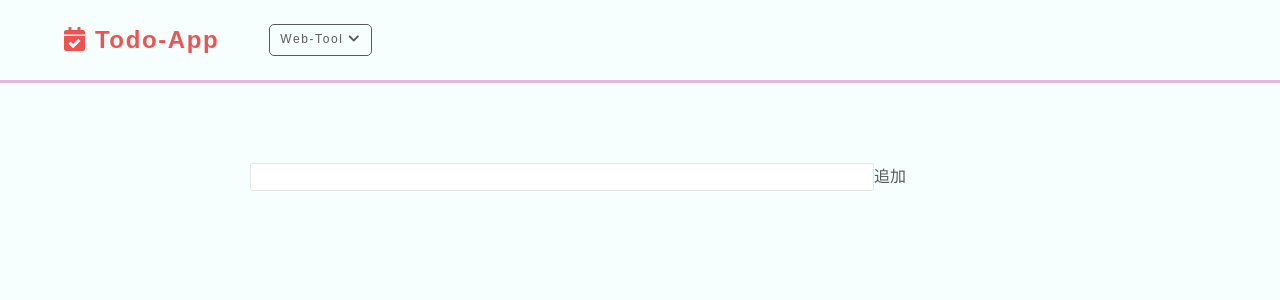
Repository: Hiroshii-m/todo_vue
Page: index.html
An editor plug-in stored every save of this project. The page is shown before and after the next save, followed by the edit.
The browser window is 1280 px wide. The pictures show the whole page.
The style sheet was rebuilt from its Sass, Less or Tailwind sources for each picture, by a compiler version that may differ from the author's.

Above is the page before, as saved 2021-06-26 18:02:12.

### index.html
<!DOCTYPE html>
<html lang="en">
<head>
    <meta charset="UTF-8">
    <meta http-equiv="X-UA-Compatible" content="IE=edge">
    <meta name="viewport" content="width=device-width, initial-scale=1.0">
    <link rel="stylesheet" href="node_modules/@fortawesome/fontawesome-free/css/all.css">
    <link rel="stylesheet" href="dist/css/style.css">
    <title>TODO APP Vue</title>
</head>
<body class="u-bgColor-base">

    <!-- header -->
    <header id="l-header" class="u-border-bottom">
        <div class="c-header">
            <h2 class="c-header__home">
                <i class="fas fa-calendar-check"></i>
                <a class="c-header__text" href="">Todo-App</a>
            </h2>
            <h3 class="c-header__other">
                Web-Tool
                <i class="fas fa-chevron-down"></i>
            </h3>
        </div>
    </header><!-- /header -->

    <!-- main -->
    <section id="l-main">
        <div class="c-main">
            <div id="l-addTask">
                <div class="c-addTask">
                    <input type="text" class="c-addTask__input">
                    <button class="c-addTask__add">追加</button>
                </div>
            </div>
            <div id="l-search"></div>
            <div id="l-list"></div>
        </div>
    </section>
    <!-- /main -->

</body>
</html>

### src/scss/style.scss

// ======================================
// foundation
// ======================================
@use 'foundation/reset';
@use 'foundation/variables';
@use 'foundation/base';
// ======================================
// layout
// ======================================
#l-header {
    width: 100%;
}
#l-main {
    padding: 80px;
}
// ======================================
// object
// ======================================
// Component
// **************************************
.c-header {
    width: 90%;
    height: 80px;
    margin: 0 auto;
    display: flex;
    align-items: center;
    &__home {
        margin-right: 50px;
        font-weight: bold;
        color: var(--color_red);
        font-size: var(--font-size_xl);
    }
    &__other {
        font-size: var(--font-size_s);
        padding: var(--space_s) var(--space_m);
        border: 1px solid var(--font-color_default);
        border-radius: 5px;
        cursor: pointer;
    }
}
.c-main {
    width: var(--site-width_xxl);
    margin: 0 auto;
}
.c-addTask {
    display: flex;
    &__input {
        width: 80%;
        border: 1px solid var(--border-color_default);
        border-radius: 2px;
    }
}
// Project
// **************************************
// Utility
// **************************************
.u-border {
    &-bottom {
        border-bottom: 3px solid var(--color_accent);
    }
}
.u-bgColor {
    &-base {
        background: var(--color_base);
    }
}

### src/scss/foundation/_variables.scss
:root {
    --font-color_default: #5A5A5A;
    --color_base: #F7FFFE;
    --color_accent: #E3B6E5;
    --color_edit: #C8E4F4;
    --color_complete: #C8E4F4;
    --color_red: #F05252;
    --color_blue: #25A1EF;
    --border-color_default: #E6E6E6;


    --site-width_xxl: 780px;
    --site-width_xl: 680px;
    --site-width_md: 580px;
    --site-width_ms: 414px;

    --font-size_s: 12px;
    --font-size_m: 14px;
    --font-size_default: 16px;
    --font-size_l: 18px;
    --font-size_xl: 24px;
    --font-size_xxl: 28px;
    --font-size_3l: 38px;


    --space_s: 5px;
    --space_m: 10px;
    --space_l: 15px;
    --space_xl: 20px;
    --space_xxl: 30px;
    --space_3l: 40px;

    --font-family_default: "メイリオ", sans-serif;
}

### src/scss/foundation/_base.scss
html, body {
    width: 100%;
    color: var(--font-color_default);
    line-height: 1.6;
    font-family: var(--font-family_default);
    letter-spacing: 0.1em;
}

p, a {
    -webkit-font-smoothing: antialiased;
}

img {
    width: 100%;
    height: 100%;
    vertical-align: bottom;
    object-fit: cover;
}

input {
    display: block;
    width: 100%;
    background: #fff;
}

textarea {
    resize: vertical;
    height: 30px;
}

::placeholder {
    color: #ccc;
}

iframe {
    width: 100%;
}

i {
    cursor: pointer;
}

Loaded but not shown: node_modules/@fortawesome/fontawesome-free/css/all.css (library); src/scss/foundation/_reset.scss (common file)

After the next save:
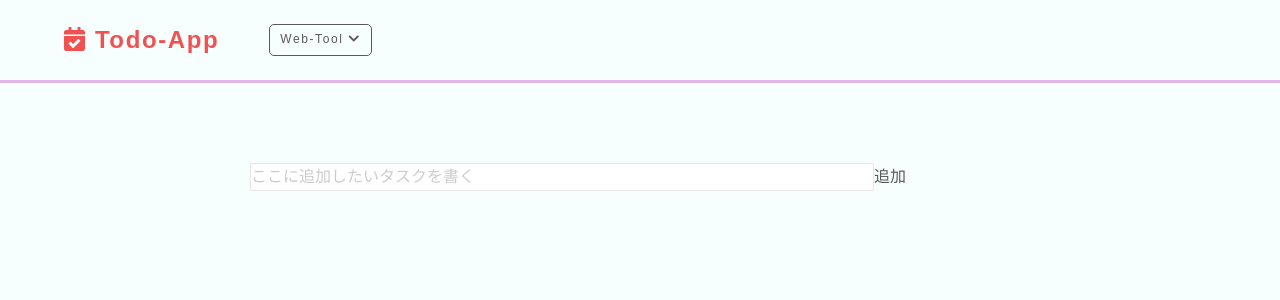
Saved 48 s later.
--- a/index.html
+++ b/index.html
@@ -29,7 +29,7 @@
         <div class="c-main">
             <div id="l-addTask">
                 <div class="c-addTask">
-                    <input type="text" class="c-addTask__input">
+                    <input type="text" class="c-addTask__input" placeholder="ここに追加したいタスクを書く">
                     <button class="c-addTask__add">追加</button>
                 </div>
             </div>
